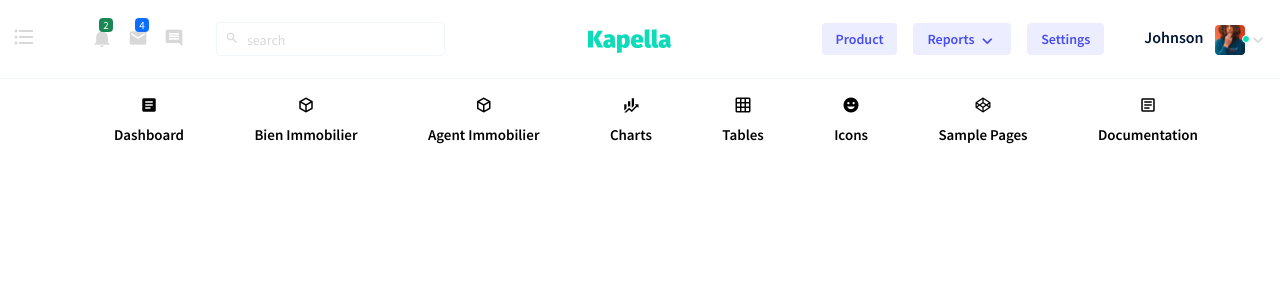
Repository: dimitri0004/Bien
Page: templates/base.html.twig
An editor plug-in stored every save of this project. The page is shown before and after the next save, followed by the edit.
The browser window is 1280 px wide. The pictures show the whole page.
The page is a Twig template of a Symfony application; nobody is signed in and links lead nowhere. The template is opened directly, without the code that normally fills it, so the values that code supplies are empty.

Above is the page before, as saved 2023-04-03 12:05:50.
Console error: TypeError: Cannot read properties of null (reading 'addEventListener')

### templates/base.html.twig
<!DOCTYPE html>
<html>
    <head>
        <meta charset="UTF-8">
        <meta name="viewport" content="width=device-width, initial-scale=1, shrink-to-fit=no">
        <title>{% block title %}Welcome!{% endblock %}</title>
        <link rel="icon" href="data:[embedded picture, 143 characters]">
        {# Run `composer require symfony/webpack-encore-bundle` to start using Symfony UX #}
        <!-- Required meta tags -->
        <!-- base:css -->




        {% block stylesheets %}
            <link rel="stylesheet" href="{{asset('vendors/base/vendor.bundle.base.css')}}">
            <link rel="stylesheet" href="{{asset('vendors/mdi/css/materialdesignicons.min.css')}}">
            <link rel="stylesheet" href="{{asset('css/style.css')}}">
            <link rel="shortcut icon" href="{{asset('images/favicon.png')}}" >

        {% endblock %}



        {% block javascripts %} {% endblock %}

        <script src="{{asset('vendors/base/vendor.bundle.base.js')}}" defer></script>
        <script src="{{asset('js/template.js')}}" defer></script>
        <script src="{{asset('vendors/chart.js/Chart.min.js')}}"defer></script>
        <script src="{{asset('vendors/progressbar.js/progressbar.min.js')}}"></script>
        <script src="{{asset('vendors/chartjs-plugin-datalabels/chartjs-plugin-datalabels.js')}}"defer></script>
        <script src="{{asset('vendors/justgage/raphael-2.1.4.min.js')}}"defer></script>
        <script src="{{asset('vendors/justgage/justgage.js')}}"defer></script>
        <script src="{{asset('js/jquery.cookie.js')}}" type="text/javascript" defer></script>
        <script src="{{asset('js/dashboard.js')}}" defer></script>



    </head>
    <body>
        {% include "_partiels/nav.html.twig" %}
        {% block body %}

        {% endblock %}
    </body>
</html>

### templates/_partiels/nav.html.twig

<div class="container-scroller">
    <div class="row p-0 m-0 proBanner" id="proBanner">
        <div class="col-md-12 p-0 m-0">

        </div>
    </div>
<!-- partial:partials/_horizontal-navbar.html -->
<div class="horizontal-menu">
<nav class="navbar top-navbar col-lg-12 col-12 p-0">
<div class="container-fluid">
<div class="navbar-menu-wrapper d-flex align-items-center justify-content-between">
<ul class="navbar-nav navbar-nav-left">
  <li class="nav-item ms-0 me-5 d-lg-flex d-none">
    <a href="#" class="nav-link horizontal-nav-left-menu"><i class="mdi mdi-format-list-bulleted"></i></a>
  </li>
  <li class="nav-item dropdown">
    <a class="nav-link count-indicator dropdown-toggle d-flex align-items-center justify-content-center" id="notificationDropdown" href="#" data-bs-toggle="dropdown">
      <i class="mdi mdi-bell mx-0"></i>
      <span class="count bg-success">2</span>
    </a>
    <div class="dropdown-menu dropdown-menu-right navbar-dropdown preview-list" aria-labelledby="notificationDropdown">
      <p class="mb-0 font-weight-normal float-left dropdown-header">Notifications</p>
      <a class="dropdown-item preview-item">
        <div class="preview-thumbnail">
            <div class="preview-icon bg-success">
              <i class="mdi mdi-information mx-0"></i>
            </div>
        </div>
        <div class="preview-item-content">
            <h6 class="preview-subject font-weight-normal">Application Error</h6>
            <p class="font-weight-light small-text mb-0 text-muted">
              Just now
            </p>
        </div>
      </a>
      <a class="dropdown-item preview-item">
        <div class="preview-thumbnail">
            <div class="preview-icon bg-warning">
              <i class="mdi mdi-settings mx-0"></i>
            </div>
        </div>
        <div class="preview-item-content">
            <h6 class="preview-subject font-weight-normal">Settings</h6>
            <p class="font-weight-light small-text mb-0 text-muted">
              Private message
            </p>
        </div>
      </a>
      <a class="dropdown-item preview-item">
        <div class="preview-thumbnail">
            <div class="preview-icon bg-info">
              <i class="mdi mdi-account-box mx-0"></i>
            </div>
        </div>
        <div class="preview-item-content">
            <h6 class="preview-subject font-weight-normal">New user registration</h6>
            <p class="font-weight-light small-text mb-0 text-muted">
              2 days ago
            </p>
        </div>
      </a>
    </div>
  </li>
  <li class="nav-item dropdown">
    <a class="nav-link count-indicator dropdown-toggle d-flex justify-content-center align-items-center" id="messageDropdown" href="#" data-bs-toggle="dropdown">
      <i class="mdi mdi-email mx-0"></i>
      <span class="count bg-primary">4</span>
    </a>
    <div class="dropdown-menu dropdown-menu-right navbar-dropdown preview-list" aria-labelledby="messageDropdown">
      <p class="mb-0 font-weight-normal float-left dropdown-header">Messages</p>
      <a class="dropdown-item preview-item">
        <div class="preview-thumbnail">
            <img src="images/faces/face4.jpg" alt="image" class="profile-pic">
        </div>
        <div class="preview-item-content flex-grow">
            <h6 class="preview-subject ellipsis font-weight-normal">David Grey
            </h6>
            <p class="font-weight-light small-text text-muted mb-0">
              The meeting is cancelled
            </p>
        </div>
      </a>
      <a class="dropdown-item preview-item">
        <div class="preview-thumbnail">
            <img src="images/faces/face2.jpg" alt="image" class="profile-pic">
        </div>
        <div class="preview-item-content flex-grow">
            <h6 class="preview-subject ellipsis font-weight-normal">Tim Cook
            </h6>
            <p class="font-weight-light small-text text-muted mb-0">
              New product launch
            </p>
        </div>
      </a>
      <a class="dropdown-item preview-item">
        <div class="preview-thumbnail">
            <img src="images/faces/face3.jpg" alt="image" class="profile-pic">
        </div>
        <div class="preview-item-content flex-grow">
            <h6 class="preview-subject ellipsis font-weight-normal"> Johnson
            </h6>
            <p class="font-weight-light small-text text-muted mb-0">
              Upcoming board meeting
            </p>
        </div>
      </a>
    </div>
  </li>
  <li class="nav-item dropdown">
    <a href="#" class="nav-link count-indicator "><i class="mdi mdi-message-reply-text"></i></a>
  </li>
  <li class="nav-item nav-search d-none d-lg-block ms-3">
    <div class="input-group">
        <div class="input-group-prepend">
          <span class="input-group-text" id="search">
            <i class="mdi mdi-magnify"></i>
          </span>
        </div>
        <input type="text" class="form-control" placeholder="search" aria-label="search" aria-describedby="search">
    </div>
  </li>
</ul>
<div class="text-center navbar-brand-wrapper d-flex align-items-center justify-content-center">
    <a class="navbar-brand brand-logo" href="index.html"><img src="images/logo.svg" alt="logo"/></a>
    <a class="navbar-brand brand-logo-mini" href="index.html"><img src="images/logo-mini.svg" alt="logo"/></a>
</div>
<ul class="navbar-nav navbar-nav-right">
    <li class="nav-item dropdown  d-lg-flex d-none">
      <button type="button" class="btn btn-inverse-primary btn-sm">Product </button>
    </li>
    <li class="nav-item dropdown d-lg-flex d-none">
      <a class="dropdown-toggle show-dropdown-arrow btn btn-inverse-primary btn-sm" id="nreportDropdown" href="#" data-bs-toggle="dropdown">
      Reports
      </a>
      <div class="dropdown-menu dropdown-menu-right navbar-dropdown preview-list" aria-labelledby="nreportDropdown">
          <p class="mb-0 font-weight-medium float-left dropdown-header">Reports</p>
          <a class="dropdown-item">
            <i class="mdi mdi-file-pdf text-primary"></i>
            Pdf
          </a>
          <a class="dropdown-item">
            <i class="mdi mdi-file-excel text-primary"></i>
            Exel
          </a>
      </div>
    </li>
    <li class="nav-item dropdown d-lg-flex d-none">
      <button type="button" class="btn btn-inverse-primary btn-sm">Settings</button>
    </li>
    <li class="nav-item nav-profile dropdown">
      <a class="nav-link dropdown-toggle" href="#" data-bs-toggle="dropdown" id="profileDropdown">
        <span class="nav-profile-name">Johnson</span>
        <span class="online-status"></span>
        <img src="images/faces/face28.png" alt="profile"/>
      </a>
      <div class="dropdown-menu dropdown-menu-right navbar-dropdown" aria-labelledby="profileDropdown">
          <a class="dropdown-item">
            <i class="mdi mdi-settings text-primary"></i>
            Settings
          </a>
          <a class="dropdown-item">
            <i class="mdi mdi-logout text-primary"></i>
            Logout
          </a>
      </div>
    </li>
</ul>
<button class="navbar-toggler navbar-toggler-right d-lg-none align-self-center" type="button" data-toggle="horizontal-menu-toggle">
  <span class="mdi mdi-menu"></span>
</button>
</div>
</div>
</nav>
<nav class="bottom-navbar">
<div class="container">
<ul class="nav page-navigation">
  <li class="nav-item">
    <a class="nav-link" href="index.html">
      <i class="mdi mdi-file-document-box menu-icon"></i>
      <span class="menu-title">Dashboard</span>
    </a>
  </li>
  <li class="nav-item">
      <a href="#" class="nav-link">
        <i class="mdi mdi-cube-outline menu-icon"></i>
        <span class="menu-title">Bien Immobilier</span>
        <i class="menu-arrow"></i>
      </a>
      <div class="submenu">
          <ul>
              <li class="nav-item"><a class="nav-link" href="pages/ui-features/buttons.html">Ajouter</a></li>
              <li class="nav-item"><a class="nav-link" href="pages/ui-features/typography.html">Lister</a></li>
              <li class="nav-item"><a class="nav-link" href="pages/ui-features/typography.html">Afficher</a></li>
          </ul>
      </div>
  </li>
  <li class="nav-item">
      <a href="pages/forms/basic_elements.html" class="nav-link">
        <i class="mdi mdi-cube-outline menu-icon"></i>
        <span class="menu-title">Agent Immobilier</span>
        <i class="menu-arrow"></i>
      </a>
      <div class="submenu">
      <ul>
            <li class="nav-item"><a class="nav-link" href="pages/ui-features/buttons.html">Ajouter</a></li>
            <li class="nav-item"><a class="nav-link" href="pages/ui-features/typography.html">Lister</a></li>
            <li class="nav-item"><a class="nav-link" href="pages/ui-features/typography.html">Afficher</a></li>
      </ul>
    </div>
  </li>
  <li class="nav-item">
      <a href="pages/charts/chartjs.html" class="nav-link">
        <i class="mdi mdi-finance menu-icon"></i>
        <span class="menu-title">Charts</span>
        <i class="menu-arrow"></i>
      </a>
  </li>
  <li class="nav-item">
      <a href="pages/tables/basic-table.html" class="nav-link">
        <i class="mdi mdi-grid menu-icon"></i>
        <span class="menu-title">Tables</span>
        <i class="menu-arrow"></i>
      </a>
  </li>
  <li class="nav-item">
      <a href="pages/icons/mdi.html" class="nav-link">
        <i class="mdi mdi-emoticon menu-icon"></i>
        <span class="menu-title">Icons</span>
        <i class="menu-arrow"></i>
      </a>
  </li>
  <li class="nav-item">
      <a href="#" class="nav-link">
        <i class="mdi mdi-codepen menu-icon"></i>
        <span class="menu-title">Sample Pages</span>
        <i class="menu-arrow"></i>
      </a>
      <div class="submenu">
          <ul class="submenu-item">
              <li class="nav-item"><a class="nav-link" href="pages/samples/login.html">Login</a></li>
              <li class="nav-item"><a class="nav-link" href="pages/samples/login-2.html">Login 2</a></li>
              <li class="nav-item"><a class="nav-link" href="pages/samples/register.html">Register</a></li>
              <li class="nav-item"><a class="nav-link" href="pages/samples/register-2.html">Register 2</a></li>
              <li class="nav-item"><a class="nav-link" href="pages/samples/lock-screen.html">Lockscreen</a></li>
          </ul>
      </div>
  </li>
  <li class="nav-item">
      <a href="docs/documentation.html" class="nav-link">
        <i class="mdi mdi-file-document-box-outline menu-icon"></i>
        <span class="menu-title">Documentation</span></a>
  </li>
</ul>
</div>
</nav>
</div>

### public/js/template.js
(function($) {
  'use strict';
  $(function() {
    var body = $('body');
    var contentWrapper = $('.content-wrapper');
    var scroller = $('.container-scroller');
    var footer = $('.footer');
    var sidebar = $('.sidebar');

    //Add active class to nav-link based on url dynamically
    //Active class can be hard coded directly in html file also as required

    function addActiveClass(element) {
      if (current === "") {
        //for root url
        if (element.attr('href').indexOf("index.html") !== -1) {
          element.parents('.nav-item').last().addClass('active');
          if (element.parents('.sub-menu').length) {
            element.closest('.collapse').addClass('show');
            element.addClass('active');
          }
        }
      } else {
        //for other url
        if (element.attr('href').indexOf(current) !== -1) {
          element.parents('.nav-item').last().addClass('active');
          if (element.parents('.sub-menu').length) {
            element.closest('.collapse').addClass('show');
            element.addClass('active');
          }
          if (element.parents('.submenu-item').length) {
            element.addClass('active');
          }
        }
      }
    }

    var current = location.pathname.split("/").slice(-1)[0].replace(/^\/|\/$/g, '');
    $('.nav li a', sidebar).each(function() {
      var $this = $(this);
      addActiveClass($this);
    })

    $('.horizontal-menu .nav li a').each(function() {
      var $this = $(this);
      addActiveClass($this);
    })

    //Close other submenu in sidebar on opening any

    sidebar.on('show.bs.collapse', '.collapse', function() {
      sidebar.find('.collapse.show').collapse('hide');
    });


    //Change sidebar and content-wrapper height
    applyStyles();

    function applyStyles() {
      //Applying perfect scrollbar
      if (!body.hasClass("rtl")) {
        if ($('.settings-panel .tab-content .tab-pane.scroll-wrapper').length) {
          const settingsPanelScroll = new PerfectScrollbar('.settings-panel .tab-content .tab-pane.scroll-wrapper');
        }
        if ($('.chats').length) {
          const chatsScroll = new PerfectScrollbar('.chats');
        }
        if (body.hasClass("sidebar-fixed")) {
          if($('#sidebar').length) {
            var fixedSidebarScroll = new PerfectScrollbar('#sidebar .nav');
          }
        }
      }
    }

    $('[data-toggle="minimize"]').on("click", function() {
      if ((body.hasClass('sidebar-toggle-display')) || (body.hasClass('sidebar-absolute'))) {
        body.toggleClass('sidebar-hidden');
      } else {
        body.toggleClass('sidebar-icon-only');
      }
    });

    //checkbox and radios
    $(".form-check label,.form-radio label").append('<i class="input-helper"></i>');

    //Horizontal menu in mobile
    $('[data-toggle="horizontal-menu-toggle"]').on("click", function() {
      $(".horizontal-menu .bottom-navbar").toggleClass("header-toggled");
    });
    // Horizontal menu navigation in mobile menu on click
    var navItemClicked = $('.horizontal-menu .page-navigation >.nav-item');
    navItemClicked.on("click", function(event) {
      if(window.matchMedia('(max-width: 991px)').matches) {
        if(!($(this).hasClass('show-submenu'))) {
          navItemClicked.removeClass('show-submenu');
        }
        $(this).toggleClass('show-submenu');
      }
    })

    $(window).scroll(function() {
      if(window.matchMedia('(min-width: 992px)').matches) {
        var header = $('.horizontal-menu');
        if ($(window).scrollTop() >= 70) {
          $(header).addClass('fixed-on-scroll');
        } else {
          $(header).removeClass('fixed-on-scroll');
        }
      }
    });
    if ($.cookie('kapella-free-banner')!="true") {
      document.querySelector('#proBanner').classList.add('d-flex');
    }
    else {
      document.querySelector('#proBanner').classList.add('d-none');
    }
    document.querySelector('#bannerClose').addEventListener('click',function() {
      document.querySelector('#proBanner').classList.add('d-none');
      document.querySelector('#proBanner').classList.remove('d-flex');
      var date = new Date();
      date.setTime(date.getTime() + 24 * 60 * 60 * 1000);
      $.cookie('kapella-free-banner', "true", { expires: date });
    });
  });
})(jQuery);

Loaded but not shown: public/vendors/base/vendor.bundle.base.css (common file); public/vendors/mdi/css/materialdesignicons.min.css (library); public/css/style.css (library); public/vendors/progressbar.js/progressbar.min.js (library); public/vendors/base/vendor.bundle.base.js (library); public/vendors/chart.js/Chart.min.js (library); public/vendors/chartjs-plugin-datalabels/chartjs-plugin-datalabels.js (library); public/vendors/justgage/raphael-2.1.4.min.js (library); public/vendors/justgage/justgage.js (library); public/js/jquery.cookie.js (library); public/images/logo.svg (3 lines, source omitted); public/images/logo-mini.svg (12 lines, source omitted); public/js/dashboard.js (1172 lines, source omitted)

After the next save:
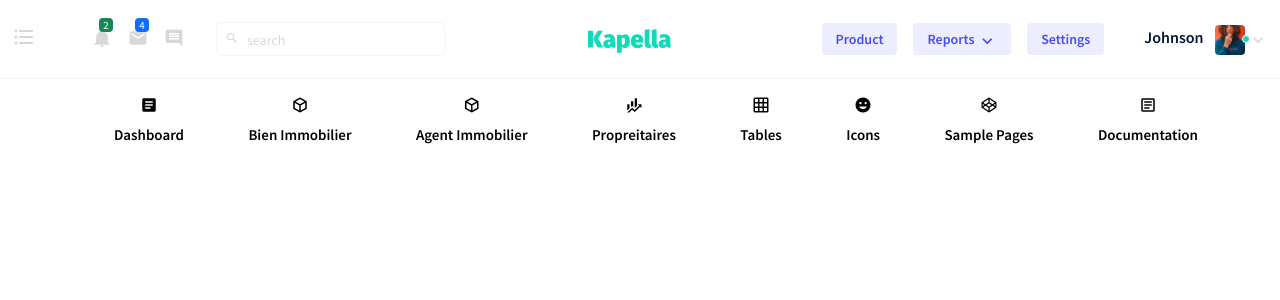
Saved 86 s later.
--- a/templates/_partiels/nav.html.twig
+++ b/templates/_partiels/nav.html.twig
@@ -212,7 +212,7 @@
   <li class="nav-item">
       <a href="pages/charts/chartjs.html" class="nav-link">
         <i class="mdi mdi-finance menu-icon"></i>
-        <span class="menu-title">Charts</span>
+        <span class="menu-title">Propreitaires</span>
         <i class="menu-arrow"></i>
       </a>
   </li>
